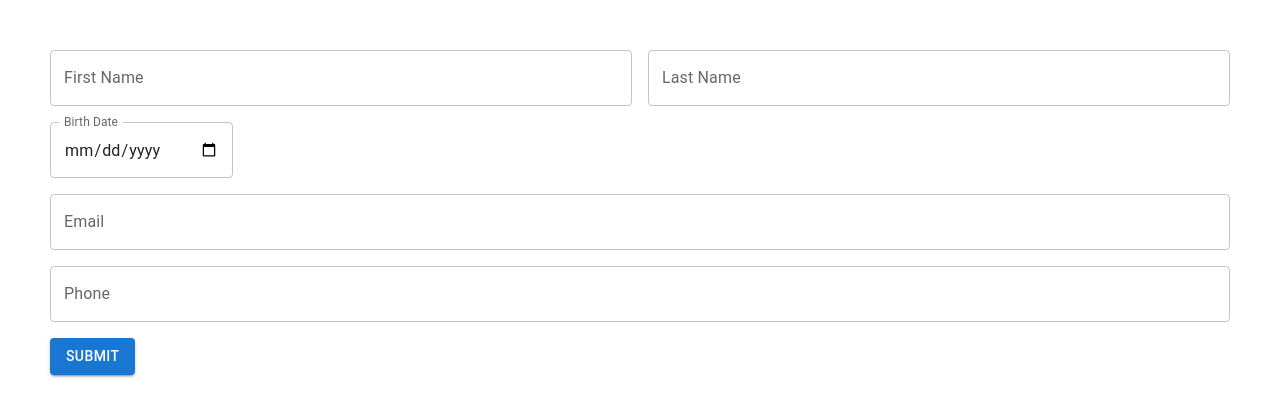
Repository: lenx0/front-client-manager
Page: /
The author's editor kept a copy of each file at every save. The page is drawn from the files as they stood at one save, then again after the next save.
The browser window is 1280 px wide. The pictures show the whole page.
The project was rebuilt for these pictures with package versions that can differ from the ones it lists, and the page was loaded fresh each time. Also part of the build but not shown: vite.config.js, src/App.css.

Above is the page before, as saved 2024-06-24 23:19:32.

### index.html
<!doctype html>
<html lang="en">
  <head>
    <meta charset="UTF-8" />
    <meta name="viewport" content="width=device-width, initial-scale=1.0" />
    <title>Client Manager</title>
  </head>
  <body>
    <div id="root"></div>
    <script type="module" src="/src/main.jsx"></script>
  </body>
</html>

### src/App.jsx
import { Box } from '@mui/material'
import './App.css'
import UserForm from './components/UserForm'

function App() {

  return (
    <Box sx={{ padding: '50px' }}>
      <UserForm />
    </Box>
  )
}

export default App

### src/components/UserForm.jsx
import React from 'react';
import { useForm } from 'react-hook-form';
import CustomInput from './CustomInput';
import { Button, Grid } from '@mui/material';
import axios from 'axios';

const UserForm = () => {
  const { handleSubmit, control, reset } = useForm();

  const onSubmit = async (data) => {
    try {
      const response = await axios.post('http://localhost:3100/v1/users/create', data);
      console.log('Dados enviados com sucesso:', response.data);
      reset();
    } catch (error) {
      console.error('Erro ao enviar dados:', error);
    }
  };

  return (
    <form onSubmit={handleSubmit(onSubmit)}>
      <Grid container spacing={2}>
        <Grid item xs={6}>
          <CustomInput
            name="firstName"
            control={control}
            label="First Name"
            rules={{ required: 'First name is required' }}
          />
        </Grid>
        <Grid item xs={6}>
          <CustomInput
            name="lastName"
            control={control}
            label="Last Name"
            rules={{ required: 'Last name is required' }}
          />
        </Grid>
        <Grid item xs={2}>
          <CustomInput
            name="birthDate"
            control={control}
            label="Birth Date"
            placeHolder="none"
            type="date"
            rules={{ required: 'Birth date is required' }}
            defaultValue=""
          />
        </Grid>
        <Grid item xs={12}>
          <CustomInput
            name="email"
            control={control}
            label="Email"
            type="email"
            rules={{
              required: 'Email is required',
              pattern: {
                value: /^[a-zA-Z0-9_.+-]+@[a-zA-Z0-9-]+\.[a-zA-Z0-9-.]+$/,
                message: 'Enter a valid email address',
              },
            }}
          />
        </Grid>
        <Grid item xs={12}>
          <CustomInput
            name="phone"
            control={control}
            label="Phone"
            rules={{ required: 'Phone number is required' }}
          />
        </Grid>
        <Grid item xs={12}>
          <Button type="submit" variant="contained" color="primary">
            Submit
          </Button>
        </Grid>
      </Grid>
    </form>
  );
};

export default UserForm;

### src/components/CustomInput.jsx
import React from 'react';
import { Controller } from 'react-hook-form';
import TextField from '@mui/material/TextField';

const CustomInput = ({ name, control, label, type = 'text', rules, defaultValue = '' }) => {
  return (
    <Controller
      name={name}
      control={control}
      defaultValue={defaultValue}
      rules={rules}
      render={({ field, fieldState: { error } }) => (
        <TextField
          {...field}
          label={label}
          type={type}
          error={!!error}
          helperText={error ? error.message : null}
          variant="outlined"
          InputLabelProps={type === 'date' ? { shrink: true } : {}}
          fullWidth
        />
      )}
    />
  );
};

export default CustomInput;

Loaded but not shown: src/main.jsx (common file); src/index.css (common file)

After the next save:
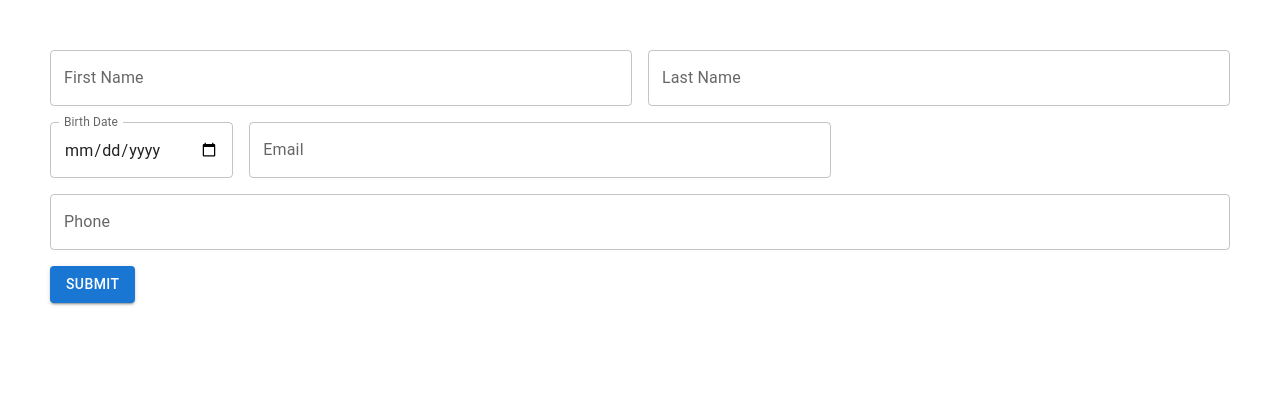
Saved 7 s later.
--- a/src/components/UserForm.jsx
+++ b/src/components/UserForm.jsx
@@ -47,7 +47,7 @@ const UserForm = () => {
             defaultValue=""
           />
         </Grid>
-        <Grid item xs={12}>
+        <Grid item xs={6}>
           <CustomInput
             name="email"
             control={control}
